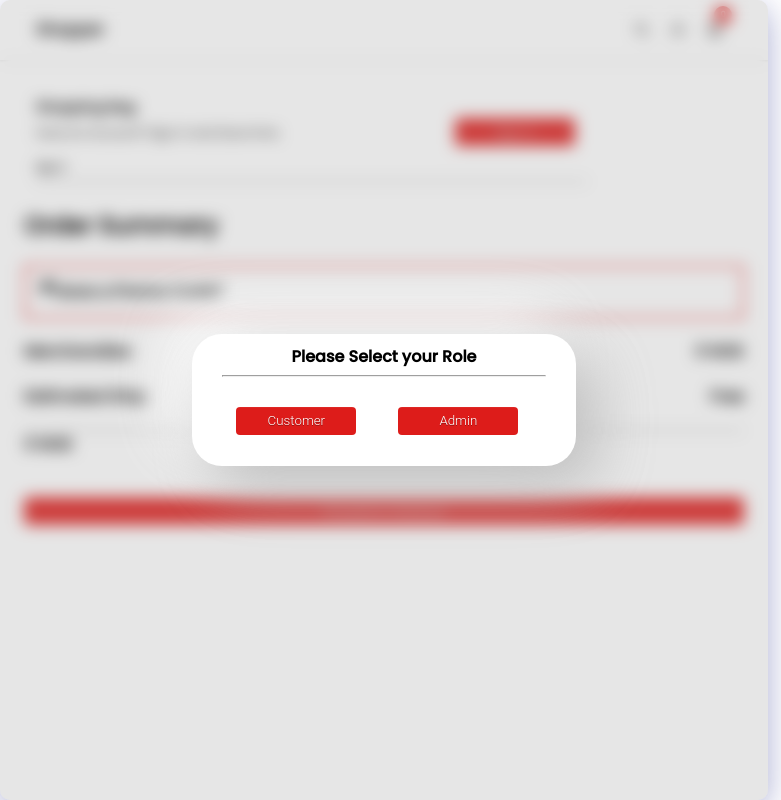
Repository: coolronts/aize-project
Page: /cart
These files come from the project's save history. The page is drawn as it stood at one moment and after the next save; the edit follows.
The browser window is 768 px wide. The page is 768 px wide, then 781 px, so the pictures cover 781 px, including what lies to the right of the window. The pictures show the whole page.
The project was rebuilt for these pictures with package versions that can differ from the ones it lists, and the page was loaded fresh each time. Also part of the build but not shown: src/components/CartItem/CartItem.tsx, src/pages/Shop/shop.module.css, src/components/Card/Card.tsx, src/components/EditModal/editModal.module.css, src/components/EditModal/EditModal.tsx, src/components/AddModal/addModal.module.css, src/components/AddModal/AddModal.tsx, src/pages/Shop/Shop.tsx.

Above is the page before, as saved 2021-09-17 12:44:31.

### src/index.css
* {
    line-height: 1.6;
}

h1 {
    font-size: 2em;
}

h2 {
    font-size: 1.5em;
}

h3 {
    font-size: 1.17em;
}

h4 {
    font-size: 1em;
}

### src/App.tsx
import React, { useState, useEffect } from 'react';
import {BrowserRouter,Switch,Route} from 'react-router-dom';

//components
import Cart from "./pages/Cart/Cart"
import Shop from "./pages/Shop/Shop"
import Modal from "./components/Modal/Modal"
import Header from "./components/Header/Header"

//context
import {UserContextProvider} from './context/user'
import {CommonContextProvider} from './context/common'

//interface
import {ProductCartType, IProduct} from './interfaces'

//api
import {Get, Delete} from './api/api'

const App: React.FunctionComponent = () => {
  //States
  //user States
  const [id, setId] = useState<number|null>(null)
  const [role, setRole]= useState<'ADMIN'|'CUSTOMER'|null>(null)

  //product States
  const [products, setProducts] = useState<ProductCartType[]>([])
  const [allProducts, setAllProducts] = useState<IProduct[]>([])
  const [cartQty, setCartQty] = useState<number>(0)

  //common States
  const [isLoading,setIsLoading] = useState<boolean>(false)
  const updateIsLoading = (state:boolean)=>{setIsLoading(state)}

  const [isError,setIsError] = useState<boolean>(false)
  const updateIsError = (state:boolean)=>{setIsError(state)}

  const [isEdit, setIsEdit] = useState<string>('')
  const updateIsEdit = (type:string)=>{setIsEdit(type)}

  const [isAdd, setIsAdd] = useState<boolean>(false)
  const updateIsAdd = (state:boolean)=>{setIsAdd(state)}


  const [selectedProduct, setSelectedProduct] = useState<IProduct>({} as IProduct)
  const updateSelectedProduct = (product: IProduct)=>{setSelectedProduct(product)}


  const getAllProducts = ()=>{
    updateIsLoading(true)
    Get.getProducts()
    .then(response => (setAllProducts(response)))
    .catch(error => (setIsError(error)))
    updateIsLoading(false)
  }

  const DeleteProduct = (id:number)=>{
    updateIsLoading(true)
    Delete.deleteProduct(id)
    .then(() => getAllProducts())
  }

  const addUser = (_id:number) =>{
    updateIsLoading(true)
    setId(()=>_id);
    (_id%2===0) ? setRole(()=>'CUSTOMER') : setRole(()=>'ADMIN')
    updateIsLoading(false)
  }

  const addProduct = (_id:number, _quantity:number) =>{
    const foundProduct = products.find(x => x.id === _id)
    if(foundProduct){foundProduct.quantity += _quantity}
    else{setProducts(products.concat({id:_id,quantity:_quantity}))}
    setCartQty(()=>cartQty+1)
  }

  const addCart = async (_cart:ProductCartType[])=>{setProducts(()=>(_cart))}

  useEffect(() =>{
    if(id != null){
      updateIsLoading(true)
      Get.getUserCart(id)
      .then(response =>{
        if(response.products != null){
          addCart(response.products)
          let totalQty = 0
          response.products.map((product) => totalQty += product.quantity)
          setCartQty(totalQty)
          updateIsLoading(false)}
        }
      )}
  },[id])


  const userContextValues ={Cart:{id,products},cartQty, role,addUser,addProduct, addCart, DeleteProduct}
  const commonContextValues = {selectedProduct, updateSelectedProduct, isLoading, isError, updateIsError, updateIsLoading, allProducts,  getAllProducts, isEdit, updateIsEdit, isAdd, updateIsAdd}


  return (
    <CommonContextProvider value={commonContextValues}>
      <UserContextProvider value={userContextValues}>
        {(id==null || isLoading ) && <Modal/>}
        <BrowserRouter>
          <Header/>
          <Switch>
            <Route path="/" exact component={Shop}/>
            {<Route path="/cart" exact component={Cart}/>}
          </Switch>
        </BrowserRouter>
      </UserContextProvider>
    </CommonContextProvider>
  )
};

export default App;

### src/pages/Cart/Cart.tsx
import React,{useContext,  useState} from 'react';
import styles from './cart.module.css';
import {AiFillTag} from "react-icons/ai";

//components
import CartItem from '../../components/CartItem/CartItem'

//context
import UserContext from '../../context/user'
const Cart: React.FunctionComponent = () => {

  const userContext = useContext(UserContext)
  const productsList = userContext.Cart.products

  const[total,setTotal]= useState<number>(0)

  const updateTotal = (newPrice:number):void =>{setTotal((prevState)=>newPrice+prevState)}

  return (
    <div className={styles.container}>
      <div className={styles.shoppingBag}>
        <h1>Shopping Bag</h1>
        <div className={styles.signInContainer}>
          <p>Have an Account? Sign in and Save time.</p>
          <button>Sign In </button>
        </div>
        <div className={styles.cart}>
          <h2>Qty: {userContext.cartQty} </h2>
          <hr/>
          {productsList.map((item,index) => {
            return (
              <div key={index}>
                <CartItem id={item.id} qty={item.quantity}  updateTotal={updateTotal}/>
              </div>
            )
          })}
        </div>
      </div>
      <div className={styles.orderSummary}>
        <h2>Order Summary</h2>
        <div className={styles.promoCode}>
          <AiFillTag/>
          <h4>Have a Promo Code?</h4>
        </div>
        <div className={styles.price}>
          <h4>Merchandise:</h4>
          <strong>{total} NOK</strong>
        </div>
        <div className={styles.price}>
          <h4>Estimated Ship:</h4>
          <strong>Free</strong>
        </div>
        <hr/>
        <div className={styles.price}>
          <h3><strong>Order Total</strong></h3>
          <strong>{total} NOK</strong>
        </div>
        <div className={styles.PayButtonContainer}>
          <button>Proceed to Checkout</button>
        </div>
      </div>
    </div>
  )
};

export default Cart;

### src/components/Modal/Modal.tsx
import React, { useContext } from 'react';
import styles from './modal.module.css'

//context
import UserContext from '../../context/user'
import CommonContext from '../../context/common'

const Modal: React.FunctionComponent = () => {
  const userContext = useContext(UserContext)
  const commonContext = useContext(CommonContext)

  return (
    <div className={styles.container}>
      <div className={styles.modal}>
        {commonContext.isLoading ?
          <div className={styles.loaderContainer}>
            <div className={styles.loader}></div>
          </div>

        :
          <>
            <h4>Please Select your Role</h4>
            <hr/>
            <div className={styles.buttonContainer}>
              <button onClick={()=>{!userContext.Cart.id && userContext.addUser(Math.floor(Math.random() * 49)*2)}}>Customer</button>
              <button onClick={()=>{!userContext.Cart.id && userContext.addUser(Math.floor(Math.random() * 49)*2 + 1)}}>Admin</button>
            </div>
          </>
        }
      </div>
    </div>
  )
}

export default Modal

### src/components/Header/Header.tsx
import React, {useContext} from 'react';
import styles from './header.module.css';
import {Link} from "react-router-dom";
//component
import Logo from '../Logo/Logo'
//context
import UserContext from '../../context/user';

const Header: React.FunctionComponent = () => {
  const userContext = useContext(UserContext)
  const role = userContext.role

  return (
    <header>
      <div>
        <Link to="/" className={styles.linkStyle}><h1>Shopper</h1></Link>
      </div>
      <h3 className={styles.role}> <span>you're logged in as </span>{role}</h3>
      <div className={styles.logoContainer}>
        <Logo logo={"search"}/>
        <Logo logo={"user"}/>
        <Logo logo={"cart"}/>
      </div>
    </header>
  )
}

export default Header

### src/context/user.ts
import { createContext } from "react";
import {IUserProp, ProductCartType} from '../interfaces'

//initializing the state
const UserContext = createContext<IUserProp>({
  Cart:{id:null,products:[]},
  role:null,
  cartQty: 0,
  addCart:(products:ProductCartType[])=>{},
  addUser:(id:number)=>{},
  addProduct:(id:number)=>{},
  DeleteProduct:(id:number)=>{}
})

export const UserContextConsumer = UserContext.Consumer;
export const UserContextProvider = UserContext.Provider;
export default UserContext;

### src/context/common.ts
import { createContext } from "react";
import {ICommon,IProduct} from '../interfaces'

//initializing the state
const CommonContext = createContext<ICommon>({
  isLoading:false,
  isError:false,
  updateIsLoading:(state:boolean) =>{},
  updateIsError:(state:boolean) =>{},
  allProducts:[],
  getAllProducts:()=>{},
  isEdit:'',
  updateIsEdit:(type:string)=>{},
  selectedProduct:{} as IProduct,
  updateSelectedProduct:(product:IProduct|null)=>{},
  isAdd:false,
  updateIsAdd:(state:boolean)=>{}
})

export const CommonContextConsumer = CommonContext.Consumer;
export const CommonContextProvider = CommonContext.Provider;
export default CommonContext;

### src/api/api.ts
import axios, {AxiosResponse} from 'axios';
import {IProduct, UserCartType} from '../interfaces'

const instance = axios.create({
  baseURL: 'http://localhost:8080',
  timeout: 15000,
});

const responseBody = (response: AxiosResponse) => response.data;

const requests = {
	get: (url: string) => instance.get(url).then(responseBody),
  delete: (url: string) => instance.delete(url).then(responseBody),
  put: (url: string, body: {}) => instance.put(url, body).then(responseBody),
  post: (url: string, body: {}) => instance.post(url, body).then(responseBody),
};


export const Get={
  getProducts: (): Promise<IProduct[]> => requests.get('products'),
  getUserCart: (id:number): Promise<UserCartType> => requests.get('carts/'+ id),
  getProduct: (id:number): Promise<IProduct> => requests.get('products/'+ id),
  searchProduct: (query:string): Promise<IProduct[]> => requests.get('products?q='+ query),
}

export const Delete={
  deleteProduct: (id:number): Promise<void> => requests.delete('products/'+id)
}

export const Put={
  updateProduct: (post: IProduct, id: number): Promise<IProduct> =>requests.put('/products/' + id, post)
}
export const Post={
  addProduct: (post: IProduct): Promise<IProduct> =>requests.post('/products', post)}

### src/pages/Cart/cart.module.css
strong {
    font-weight: 600;
}

.container {
    padding: 24px 80px;
    display: flex;
}

.shoppingBag {
    width: 80%;
    padding: 12px 0px;
}

.signInContainer {
    margin-bottom: 12px;
    margin-top: 12px;
    display: flex;
    align-items: center;
    justify-content: space-between;
}

.cart {
    padding-top: 46px;
}

.orderSummary {
    padding: 12px 24px;
    width: 50%;
}

.promoCode {
    display: flex;
    margin: 20px 0;
    border: 2px solid #dd1c1a;
    padding: 12px;
    width: 100%;
    text-align: center;
}

.price {
    display: flex;
    justify-content: space-between;
    margin-bottom: 20px;
}

.PayButtonContainer>button {
    margin-top: 20px;
    width: 100%;
}

.buttonContainer {
    margin-top: 24px;
    display: flex;
    justify-content: center;
}

button {
    cursor: pointer;
    width: 120px;
    background-color: #dd1c1a;
    display: inline-block;
    padding: 0.3em 1.2em;
    margin: 0 1em 0.1em 0;
    border: 0.16em solid rgba(255, 255, 255, 0);
    border-radius: 2em;
    box-sizing: border-box;
    text-decoration: none;
    font-family: 'Roboto', sans-serif;
    font-weight: 300;
    color: white;
    text-shadow: 0 0.04em 0.04em rgba(0, 0, 0, 0.35);
    text-align: center;
    transition: all 0.2s;
}

button:hover {
    border-color: rgba(255, 255, 255, 1);
}

@media screen and (max-width: 800px) {
    h1 {
        font-size: 14px;
    }
    .orderSummary>h2 {
        font-size: 24px;
    }
    p {
        font-size: 12px;
    }
    button {
        width: 120px;
        border-radius: 0.3em;
        padding: 0.1em 0.4em;
    }
    .container {
        padding: 24px 24px;
        flex-direction: column;
    }
    .shoppingBag {
        width: 80%;
        padding: 12px 12px;
        text-align: left;
    }
    .signInContainer {
        margin-bottom: 0px;
        margin-top: 0px;
    }
    .cart {
        padding-top: 12px;
    }
    img {
        padding: 0px;
    }
    .orderSummary {
        padding: 12px 0px;
        width: 100%;
    }
}

### src/components/Modal/modal.module.css
.container {
    width: 100%;
    height: 100%;
    position: fixed;
    background: rgba( 155, 155, 155, 0.25);
    box-shadow: 0 8px 32px 0 rgba( 31, 38, 135, 0.37);
    backdrop-filter: blur( 8px);
    -webkit-backdrop-filter: blur( 8px);
    border-radius: 10px;
    z-index: 20;
}

.modal {
    text-align: center;
    background-color: white;
    border-radius: 10px;
    padding: 10px 30px;
    width: 50%;
    position: absolute;
    top: 50%;
    left: 50%;
    transform: translate(-50%, -50%);
    border-radius: 30px;
    background: white;
    box-shadow: 20px 20px 60px #bebebe, -20px -20px 60px #ffffff;
}

.buttonContainer {
    display: flex;
    margin: 20px 0;
    justify-content: space-around;
    flex-wrap: wrap;
}

.buttonContainer>button {
    margin-top: 10px;
}

.loaderContainer {
    padding: 10px 30px 10px 30px;
    width: 100%;
    height: 100%;
    display: flex;
    justify-content: center;
}

.loader {
    position: relative;
    border: 16px solid #f3f3f3;
    border-radius: 50%;
    border-top: 16px solid #3498db;
    width: 120px;
    height: 120px;
    -webkit-animation: spin 2s linear infinite;
    /* Safari */
    animation: spin 2s linear infinite;
}


/* Safari */

@-webkit-keyframes spin {
    0% {
        -webkit-transform: rotate(0deg);
    }
    100% {
        -webkit-transform: rotate(360deg);
    }
}

@keyframes spin {
    0% {
        transform: rotate(0deg);
    }
    100% {
        transform: rotate(360deg);
    }
}

@media screen and (max-width: 800px) {
    .container {
        text-align: center;
    }
}

### src/components/Header/header.module.css
header {
    box-shadow: 0 1px 3px 0 rgba(0, 0, 0, 0.1), 0 1px 2px 0 rgba(0, 0, 0, 0.06);
    padding: 12px 36px;
    display: flex;
    justify-content: space-between;
    align-items: center;
}

.logoContainer {
    display: flex;
}

.role {
    color: #dd1c1a;
}

.role>span {
    font-size: 12px;
    margin-right: 3px;
    color: black;
}

.linkStyle {
    text-Decoration: none;
    color: black;
}

@media screen and (max-width: 800px) {
    .linkStyle>h1 {
        font-size: 16px;
    }
}

### src/components/Logo/Logo.tsx
import React, {useContext, useState} from 'react'
import styles from './logo.module.css'
import {Link} from "react-router-dom"

//icons
import {MdCancel} from "react-icons/md"
import { AiOutlineShoppingCart, AiOutlineUser, AiOutlineSearch } from 'react-icons/ai';

//interface
import {IProduct} from '../../interfaces'

//context
import UserContext from '../../context/user'

//api
import {Get} from "../../api/api"

const Logo: React.FunctionComponent<{logo:string}>= ({logo}) => {
  const userContext = useContext(UserContext)

  const [searchItems, setSearchItems] = useState<IProduct[]>([])
  const [isSearch, setIsSearch] = useState<boolean>(false)

  const search = (keyword:any) =>{
    if(keyword.length===0){
      setIsSearch(false)
    }
    else{
      setIsSearch(true)
      Get.searchProduct(keyword)
      .then(result => {setSearchItems(()=>result.slice(0,5))})
    }
  }
  return (
    <>
      {logo==="cart" && (
        <Link to="/cart">
          <div className={styles.logoContainer}>
            <AiOutlineShoppingCart className={styles.icon}/>
            {userContext.Cart.products != null && (<p className={styles.badge}>{userContext.cartQty}</p>)}
          </div>
        </Link>
      )}

      {logo==="user" && (
        <div className={styles.logoContainer}>
         <AiOutlineUser className={styles.icon}/>
        </div>
      )}

      {logo==="search" && (
        <>
          { isSearch && <div className={styles.searchContainer}>
            <input type="text" onChange={(e)=>search(e.target.value)} className={styles.searchBox}/>
            <MdCancel onClick={()=>setIsSearch(false)}  />
            <>
              {isSearch &&
                <div className={styles.suggestionContainer}>
                  {isSearch && searchItems.map((item,index)=>{
                    return(
                      <div key={index} className={styles.suggestionContainer}>
                        <div className={styles.suggestion}>
                          <div className={styles.imageContainer}>
                            <img src={item.defaultImage} alt="product"/>
                          </div>

                          <div className={styles.info}>
                            <p className={styles.name}>{item.name}</p>
                            <p>Price: {item.price} Nok</p>
                            <p>Discount:  -{item.discount}%</p>
                          </div>
                        </div>
                        <hr></hr>
                      </div>
                     )
                  })}
                </div>
              }
            </>
          </div>}

          <div onClick={()=>{
            setIsSearch(true)
            setSearchItems([])
            }} className={styles.logoContainer}>
            <AiOutlineSearch  className={styles.icon}/>
          </div>
        </>
      )}
    </>
  )
}

export default Logo

### src/components/CartItem/cartItem.module.css
strong {
    font-weight: 600;
}

.product {
    display: flex;
    margin-top: 20px;
    border-bottom: 2px solid whitesmoke;
    padding: 10px 10px;
    cursor: pointer;
}

.product:hover {
    border-radius: 30px;
    background: #e0e0e0;
    box-shadow: 20px 20px 60px #bebebe, -20px -20px 60px #ffffff;
}

.imageContainer>img {
    width: 200px;
    border-radius: 30px;
    object-fit: contain;
}

.productInfo {
    height: inherit;
    display: flex;
    flex-direction: column;
    justify-content: space-between;
    margin-left: 20px;
    width: 50%;
}

.vl {
    border-left: 2px solid #D3D3D3;
    height: 60px;
    align-self: center;
}

.productSummary {
    margin-left: 20px;
    display: flex;
    flex-direction: column;
    justify-content: center;
    text-align: center;
    color: #dd1c1a;
    width: 45%;
}

@media screen and (max-width: 800px) {
    h1 {
        font-size: 14px;
    }
    h2 {
        font-size: 10px;
    }
    p {
        font-size: 12px;
    }
    .product {
        flex-direction: column;
    }
    .imageContainer>img {
        width: 200px;
    }
    .productInfo {
        margin-left: 0px;
        width: 100%;
    }
    .vl {
        display: none
    }
    .productSummary {
        margin-left: 0px;
        flex-direction: row;
        justify-content: flex-start;
        text-align: left;
    }
}

### src/components/Card/card.module.css
            @import url('https://fonts.googleapis.com/css2?family=Poppins:wght@300;400;500&display=swap');
            * {
                margin: 0;
                padding: 0;
                box-sizing: border-box;
                font-family: 'Poppins', sans-serif;
            }

            .container {
                overflow: hidden;
                position: relative;
                display: flex;
                flex-direction: column;
                justify-content: space-between;
                cursor: pointer;
                width: 300px;
                height: 360px;
                padding: 25px;
                background: #fff;
                max-width: 260px;
                border-radius: 20px;
                margin: 10px auto;
                border-radius: 50px;
                box-shadow: 20px 20px 60px #bebebe, -20px -20px 60px #ffffff;
            }

            .discount {
                position: absolute;
                background-color: #dd1c1a;
                font-weight: bold;
                font-size: 14px;
                color: white;
                padding-left: 20px;
                padding-top: 24px;
                height: 65px;
                width: 65px;
                border-radius: 50%;
                left: -10px;
                top: -15px;
                box-shadow: 0 5px 10px rgba(146, 61, 36, 0.05), 0 15px 40px rgba(165, 83, 63, 0.2);
            }

            .imageContainer {
                text-align: center;
            }

            .imageContainer>img {
                width: 100px;
            }

            .adminControl {
                display: flex;
                justify-content: center;
            }

            .adminControl>.icon {
                margin-right: 10px;
                padding: 3px 3px 3px 3px;
                font-size: 30px;
            }

            .adminControl>.icon:hover {
                box-shadow: 0 5px 10px rgba(146, 61, 36, 0.05), 0 15px 40px rgba(165, 83, 63, 0.2);
            }

            .icon {
                color: #dd1c1a;
            }

            .name {
                font-weight: bold;
                text-align: center;
                margin-top: 5px;
                height: 40px;
            }

            .description {
                font-weight: 500;
                font-size: 12px;
                text-align: justify;
                margin-bottom: 10px;
                line-height: normal;
                white-space: pre-wrap;
                overflow: hidden;
                text-overflow: ellipsis;
                height: 80px;
            }

            .price {
                text-align: center;
                font-weight: bolder;
                color: #dd1c1a;
                margin-bottom: 10px;
            }

            .buttonContainer {
                display: flex;
                justify-content: space-around;
            }

            .buttonContainer>button {
                cursor: pointer;
                width: 120px;
                background-color: #dd1c1a;
                display: inline-block;
                padding: 0.3em 1.2em;
                margin: 0 0.1em 0.1em 0;
                border: 0.16em solid rgba(255, 255, 255, 0);
                border-radius: 2em;
                box-sizing: border-box;
                text-decoration: none;
                font-family: 'Roboto', sans-serif;
                font-weight: 300;
                color: white;
                text-shadow: 0 0.04em 0.04em rgba(0, 0, 0, 0.35);
                text-align: center;
                transition: all 0.2s;
            }

            .buttonContainer>button:hover {
                border-color: rgba(255, 255, 255, 1);
            }

            @media screen and (max-width: 800px) {
                .container {
                    justify-content: start
                }
                .name {
                    margin-top: 5px;
                }
                .description {
                    font-weight: 300;
                    font-size: 12px;
                    line-height: normal;
                    white-space: pre-wrap;
                    overflow: hidden;
                    text-overflow: ellipsis;
                }
                .price {
                    text-align: center;
                    display: block;
                    font-size: 16px;
                    width: 100%;
                }
            }

### src/components/Logo/logo.module.css
.logoContainer {
    position: relative;
    cursor: pointer;
    border-radius: 18px;
    padding: 18px;
    z-index: 1;
    margin-right: 18px;
}

.logoContainer:hover {
    box-shadow: 0 5px 10px rgba(146, 61, 36, 0.05), 0 15px 40px rgba(165, 83, 63, 0.2);
}

.icon {
    position: absolute;
    font-size: 24px;
    color: black;
    z-index: 5;
    top: 0;
    bottom: 0;
    left: 0;
    right: 0;
    margin: auto auto auto auto;
}

.badge {
    position: absolute;
    background-color: #dd1c1a;
    color: white;
    font-weight: bold;
    font-size: 8px;
    width: 18px;
    height: 18px;
    border-radius: 50%;
    text-align: center;
    top: -6px;
    line-height: 18px;
}

.searchContainer {
    width: 100%;
    height: 100%;
    left: 0;
    padding: 2% 20%;
    position: fixed;
    background: rgba( 255, 255, 255, 1);
    box-shadow: 0 8px 32px 0 rgba( 31, 38, 135, 0.37);
    backdrop-filter: blur( 4px);
    -webkit-backdrop-filter: blur( 4px);
    border-radius: 10px;
    border: 1px solid rgba( 255, 255, 255, 0.18);
    z-index: 20;
    text-align: center;
    overflow-y: scroll;
}

.searchContainer>input {
    margin-top: 5%;
    border-radius: 12px;
    outline: none;
    border: 1px solid black;
    padding: 0.5em 1em 0.5em 1em;
}

.suggestion {
    padding-top: 10px;
    display: flex;
    justify-content: center;
    align-items: center;
    margin-bottom: 3px;
    margin-top: 10px;
    width: 100%;
    border-radius: 12px;
}

.suggestion:hover {
    background-color: gainsboro;
}

.imageContainer {
    padding: 20px;
}

.imageContainer>img {
    width: 100px;
}

.info {
    display: flex;
    flex-direction: column;
    text-align: left;
    width: 60%;
}

.name {
    font-size: 18px;
}

.price {
    margin-top: 5px;
    width: 60%;
    display: flex;
    justify-content: space-around;
    width: 100%;
    font-size: 12px;
}

.suggestion>img {
    width: 5%;
    border-radius: 12px;
}

hr {
    margin-top: 5px;
}

@media screen and (max-width: 800px) {
    .logoContainer {
        margin-right: 0px;
    }
    .icon {
        font-size: 16px;
    }
    h3 {
        display: none;
    }
    h3>span {
        display: block;
    }
    .searchContainer {
        position: fixed;
        left: 0;
        top: 0;
        padding: 20px 20px;
    }
    .suggestion {
        align-items: center;
        margin-bottom: 3px;
        margin-top: 10px;
        width: 100%;
        margin-left: 0%;
    }
}

Loaded but not shown: public/index.html (common file); src/index.tsx (common file)

After the next save:
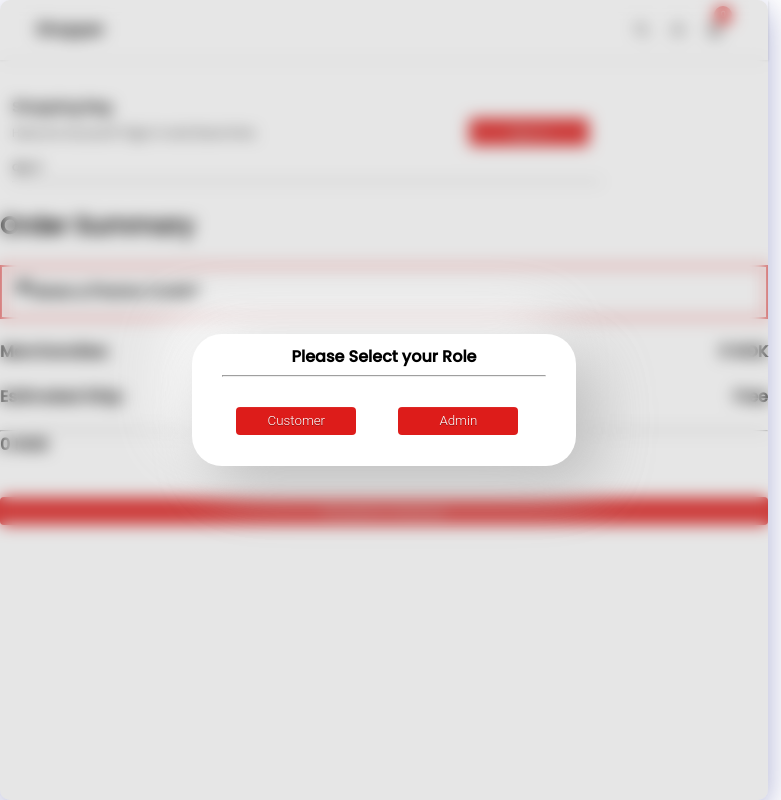
Saved 29 s later.
--- a/src/pages/Cart/cart.module.css
+++ b/src/pages/Cart/cart.module.css
@@ -94,7 +94,7 @@ button:hover {
         padding: 0.1em 0.4em;
     }
     .container {
-        padding: 24px 24px;
+        padding: 24px 0px;
         flex-direction: column;
     }
     .shoppingBag {
